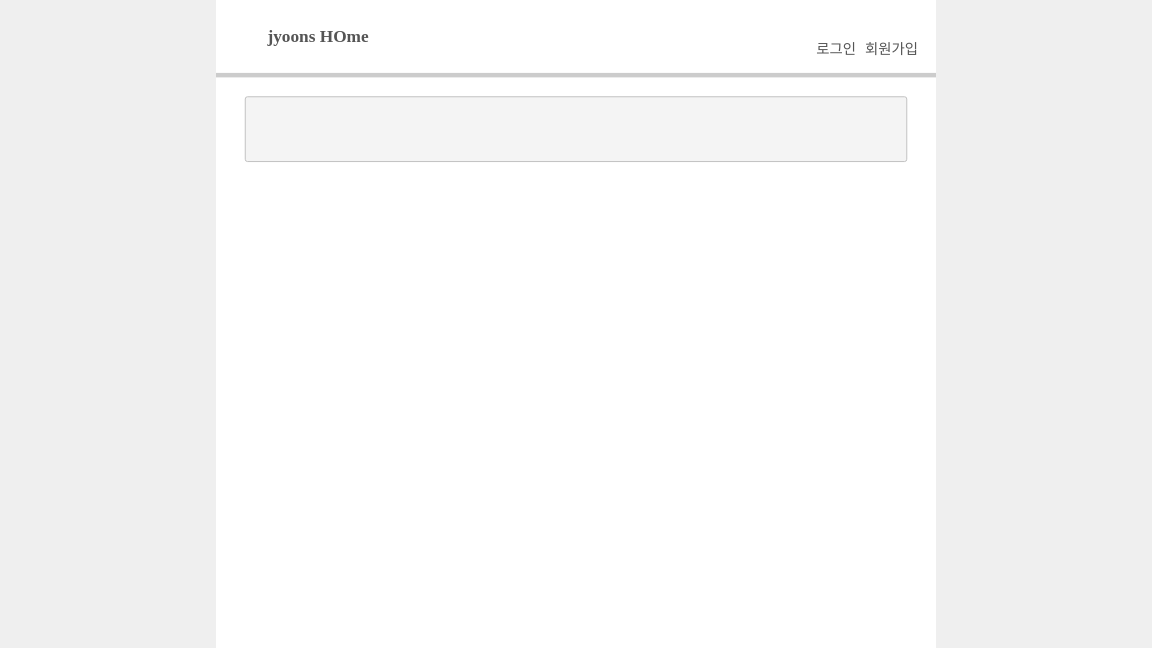
Repository: jyoons00/JSP-sample
Page: http://localhost/jspPro/days02/ex03.jsp
These files come from the project's save history. The page is drawn as it stood at one moment and after the next save; the edit follows.
The browser window is 1280 px wide. The pictures show the whole page, at 90% of full size.
Some web fonts or font styles are not loaded; a fallback is used. The page is served by Tomcat 9.

Above is the page before, as saved 2024-10-16 06:23:29.

After the next save:
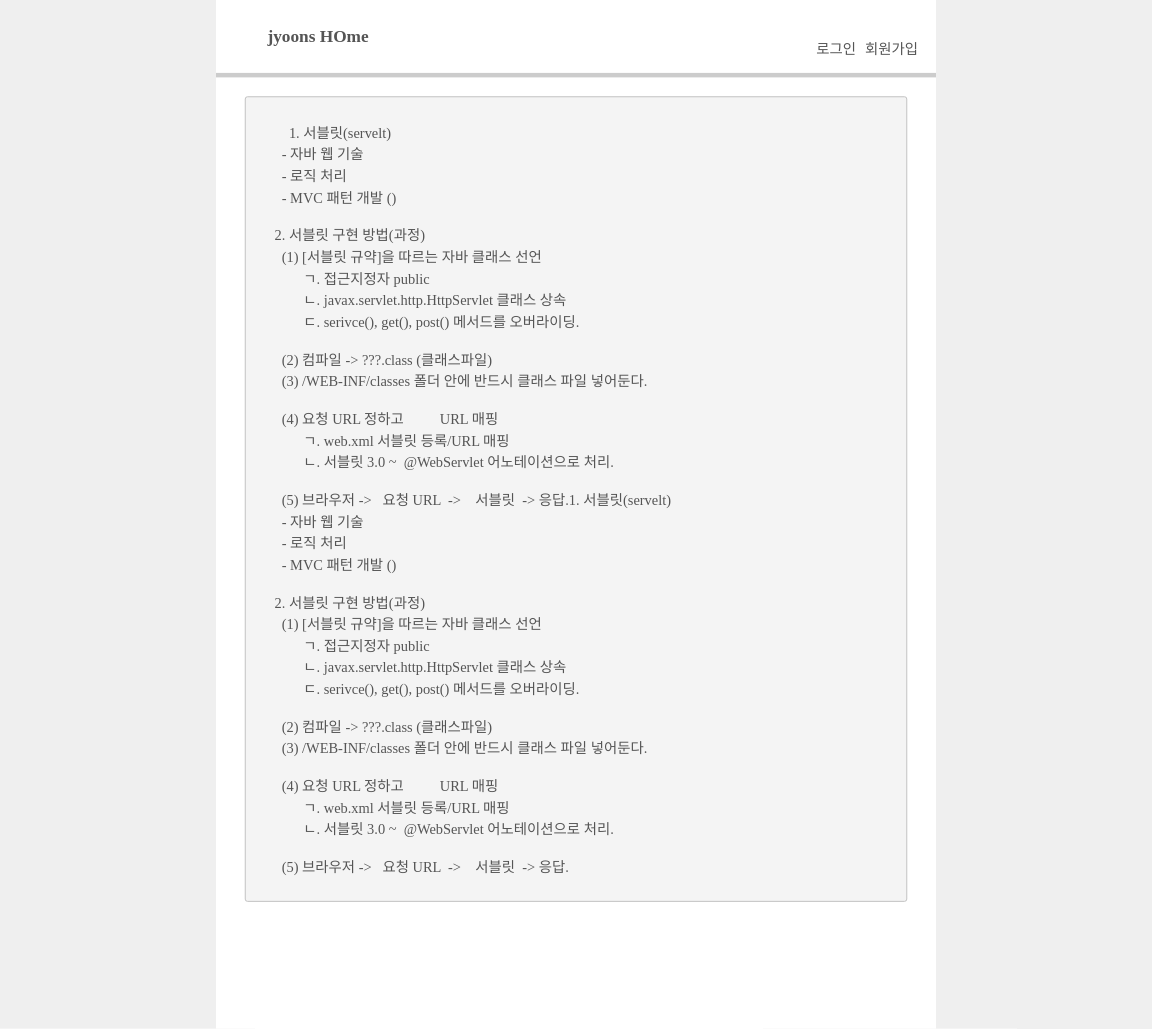
Saved 11 s later.
--- a/jspPro/src/main/webapp/days02/ex03.jsp
+++ b/jspPro/src/main/webapp/days02/ex03.jsp
@@ -34,7 +34,43 @@
     </header>
     <div>
       <xmp class="code">
+   	1. 서블릿(servelt)
+      - 자바 웹 기술
+      - 로직 처리
+      - MVC 패턴 개발 ()
 
+    2. 서블릿 구현 방법(과정)
+      (1) [서블릿 규약]을 따르는 자바 클래스 선언
+            ㄱ. 접근지정자 public
+            ㄴ. javax.servlet.http.HttpServlet 클래스 상속
+            ㄷ. serivce(), get(), post() 메서드를 오버라이딩.
+
+      (2) 컴파일 -> ???.class (클래스파일)
+      (3) /WEB-INF/classes 폴더 안에 반드시 클래스 파일 넣어둔다.
+
+      (4) 요청 URL 정하고          URL 매핑
+            ㄱ. web.xml 서블릿 등록/URL 매핑
+            ㄴ. 서블릿 3.0 ~  @WebServlet 어노테이션으로 처리.
+
+      (5) 브라우저 ->   요청 URL  ->    서블릿  -> 응답.1. 서블릿(servelt)
+      - 자바 웹 기술
+      - 로직 처리
+      - MVC 패턴 개발 ()
+
+    2. 서블릿 구현 방법(과정)
+      (1) [서블릿 규약]을 따르는 자바 클래스 선언
+            ㄱ. 접근지정자 public
+            ㄴ. javax.servlet.http.HttpServlet 클래스 상속
+            ㄷ. serivce(), get(), post() 메서드를 오버라이딩.
+
+      (2) 컴파일 -> ???.class (클래스파일)
+      (3) /WEB-INF/classes 폴더 안에 반드시 클래스 파일 넣어둔다.
+
+      (4) 요청 URL 정하고          URL 매핑
+            ㄱ. web.xml 서블릿 등록/URL 매핑
+            ㄴ. 서블릿 3.0 ~  @WebServlet 어노테이션으로 처리.
+
+      (5) 브라우저 ->   요청 URL  ->    서블릿  -> 응답.
   	  </xmp>
     </div>
 
